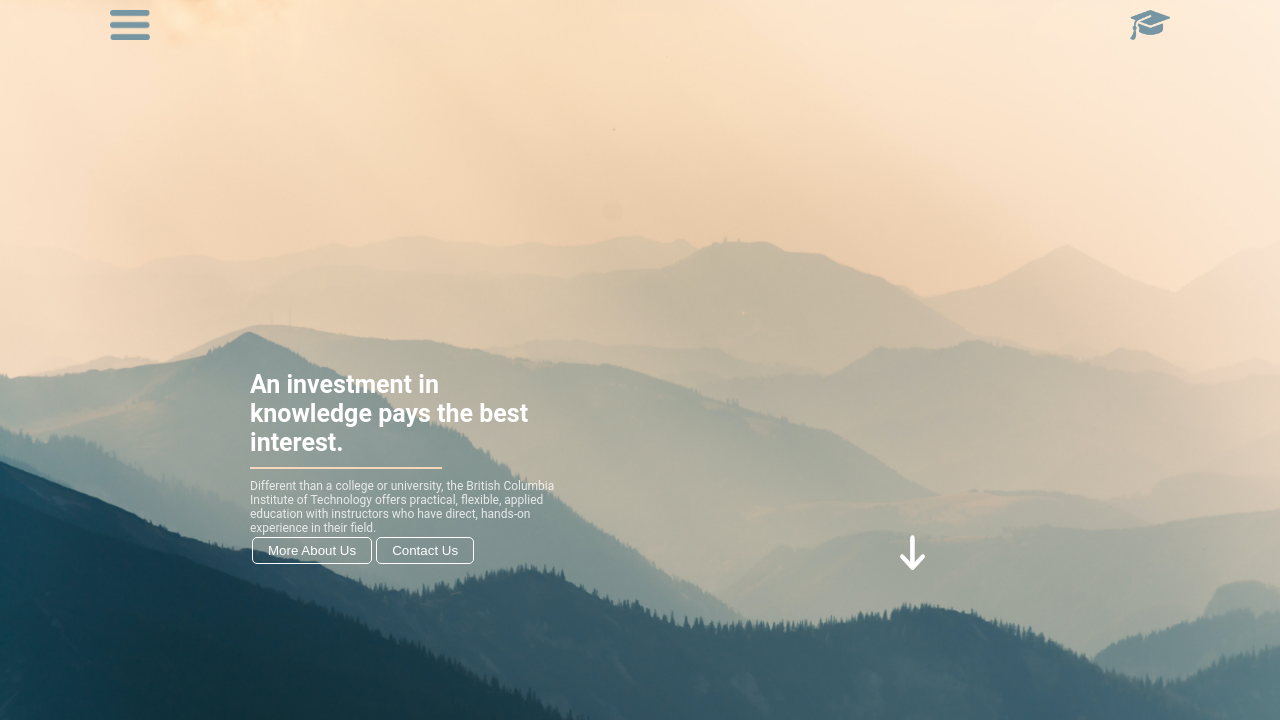
Repository: Sheraliramzan/Aly_A01253508_Assignment1
Page: /
These files come from the project's save history. The page is drawn as it stood at one moment and after the next save; the edit follows.
The browser window is 1280 px wide. The pictures show the whole page.
The project was rebuilt for these pictures with package versions that can differ from the ones it lists, and the page was loaded fresh each time. The framework's server and built-in components were replaced by stand-ins that run in the browser. Also part of the build but not shown: next.config.js.

Above is the page before, as saved 2023-02-05 14:52:11.

After the next save:
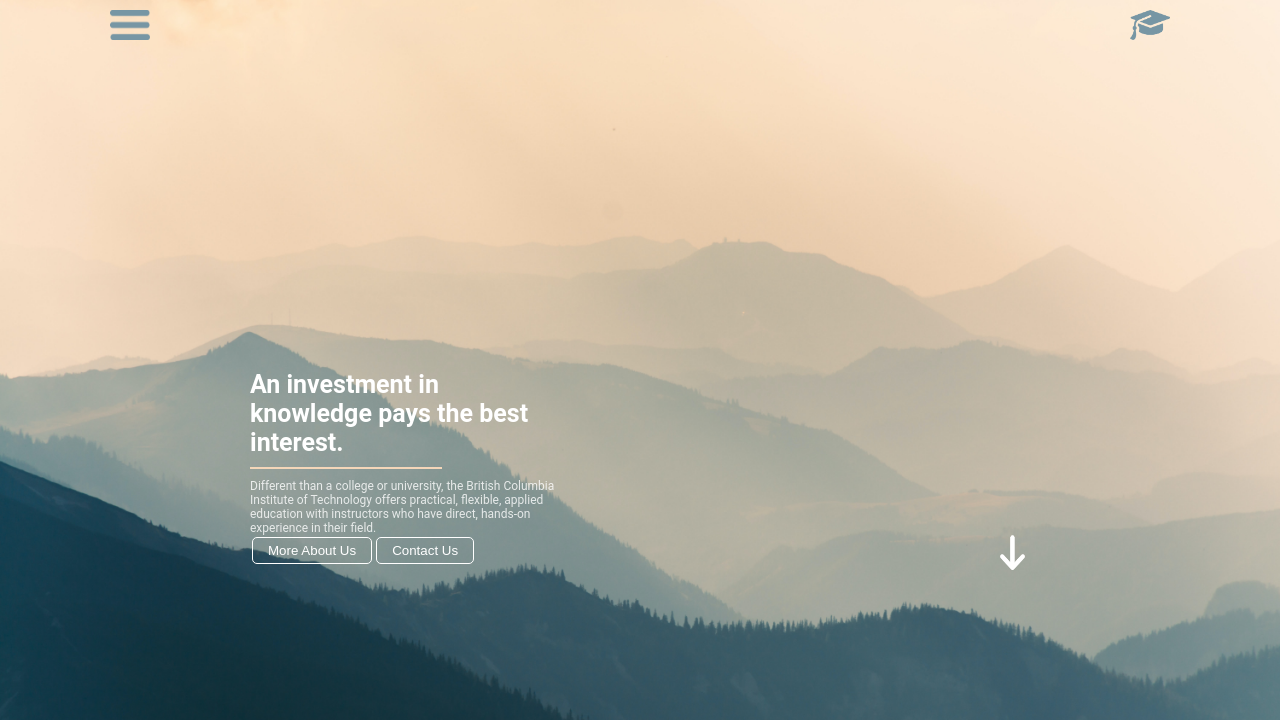
Saved 5 s later.
--- a/styles/globals.css
+++ b/styles/globals.css
@@ -94,7 +94,7 @@ ul > li {
 }
 .downarrow{
   position: fixed;
-  left:900px;
+  left:1000px;
 }
 .uparrow{
   position: fixed;
